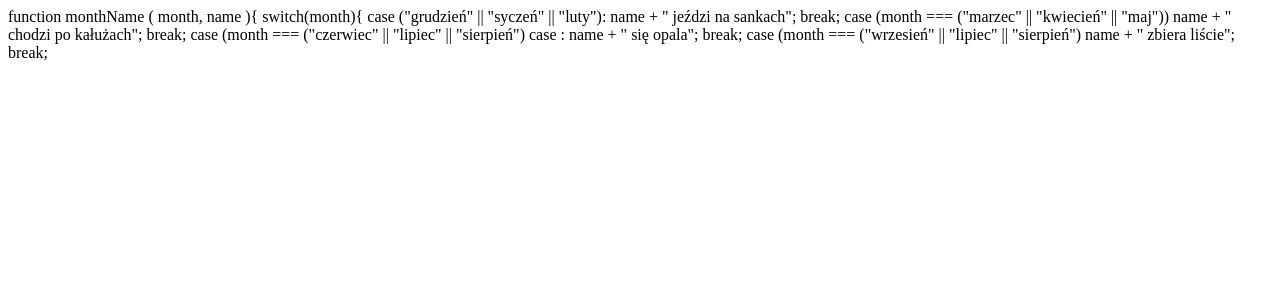
Repository: Maxs777/wizytowka
Page: index.html
The author's editor kept a copy of each file at every save. The page is drawn from the files as they stood at one save, then again after a run of saves.
The browser window is 1280 px wide. The pictures show the whole page.

Above is the page before, as saved 2019-03-06 14:51:46.

After the next 7 saves:
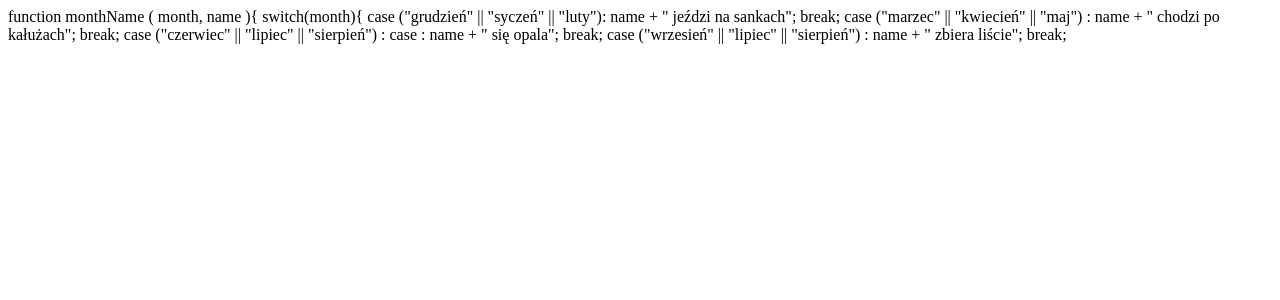
The 7 saves are shown as one change because they came seconds apart.
The last was saved 20 s later.
--- a/index.html
+++ b/index.html
@@ -18,12 +18,12 @@ switch(month){
 case ("grudzień" || "syczeń" || "luty"):
 name + " jeździ na sankach";
 break;
-case (month === ("marzec" || "kwiecień" || "maj"))
+case ("marzec" || "kwiecień" || "maj") :
 name + " chodzi po kałużach";
 break;
-case (month === ("czerwiec" || "lipiec" || "sierpień")
+case ("czerwiec" || "lipiec" || "sierpień") :
 case : name + " się opala";
 break;
-case (month === ("wrzesień" || "lipiec" || "sierpień")
+case ("wrzesień" || "lipiec" || "sierpień") :
 name + " zbiera liście";
 break;
